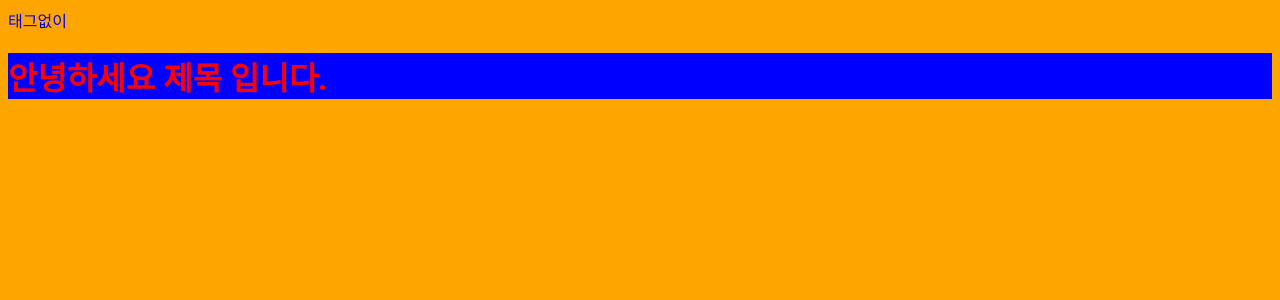
Repository: SeungwanHong/Web-jsp-
Page: 20170413/WebContent/main01.html
An editor plug-in stored every save of this project. The page is shown before and after the next save, followed by the edit.
The browser window is 1280 px wide. The pictures show the whole page.

Above is the page before, as saved 2017-04-13 00:48:06.

### 20170413/WebContent/main01.html
<!DOCTYPE html>		<!-- html을 시작 하겟다 -->
<html>
<!--
처음에 사용자에게 문서를 보여주기 전에 먼저 처리 해야 할 내용이 들어간다.
css(style), javaScript(jquery)등이 해당
 -->
<head>
<style type="text/css">
h1{
	color: blue;
}

</style>
<meta charset="EUC-KR">
<title>안녕하세요</title><!-- 검색앤진에서 1순위로 검사 -->
</head>
<!--  사용자에게 실제 보여줄 문서를 출판 -->
<body style="color: blue; background-color: orange;">
<!--
	<엘리먼트>텍스트</엘리먼트>
	엘리먼트에 텍스트가 들어간다. 엘리먼트 - 태그(tag)
	앨리먼트에는 속성(atrribute)를 지정하여 앨리먼트마다 다른 속성을 가지게 할 수 있다.
	id, class, name 등등이 대표적인 속성

 -->
	태그없이<h1 style="color:red; background-color:blue;">안녕하세요 제목 입니다.</h1>

</body>
</html>

After the next save:
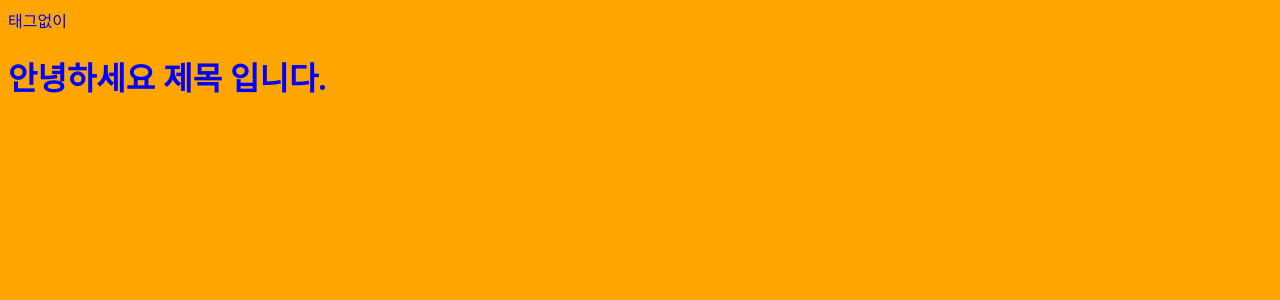
Saved 97 s later.
--- a/20170413/WebContent/main01.html
+++ b/20170413/WebContent/main01.html
@@ -23,7 +23,7 @@ h1{
 	id, class, name 등등이 대표적인 속성
 
  -->
-	태그없이<h1 style="color:red; background-color:blue;">안녕하세요 제목 입니다.</h1>
+	태그없이<h1>안녕하세요 제목 입니다.</h1>
 
 </body>
 </html>
